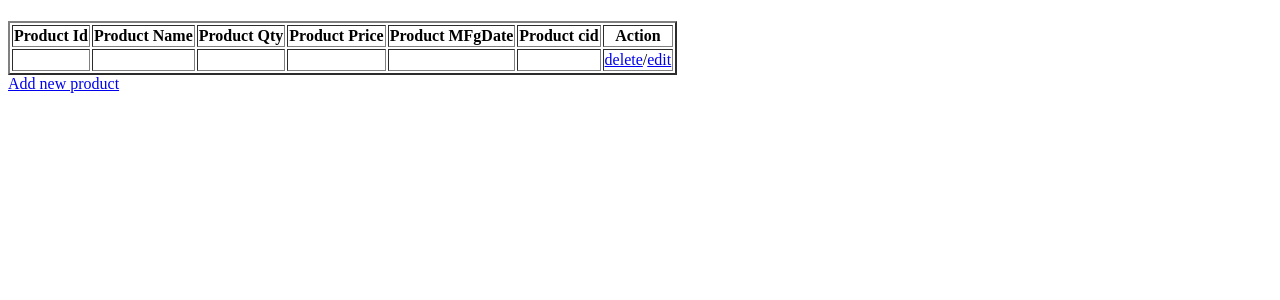
Repository: Priyankavya/Cdac-Assignments
Page: http://localhost/MySpringMVCDemo/WEB-INF/views/showproduct.jsp
These files come from the project's save history. The page is drawn as it stood at one moment and after the next save; the edit follows.
The browser window is 1280 px wide. The pictures show the whole page.
The page is served by Tomcat 9. Nobody is signed in. Other server files are loaded and not shown. The template is opened directly, without the code that normally fills it, so the values that code supplies are empty.

Above is the page before, as saved 2025-12-06 11:40:40.

### Web_Based_ Java/Day15 Spring/MySpringMVCDemo/src/main/webapp/WEB-INF/views/showproduct.jsp
<%@ page language="java" contentType="text/html; charset=ISO-8859-1"
    pageEncoding="ISO-8859-1"%>
<!DOCTYPE html>
<html>
<head>
<meta charset="ISO-8859-1">
<title>Insert title here</title>
</head>
<body>
<h1>${message }</h1>
<table border='2'>
<tr>
<th>Product Id</th>
<th>Product Name</th>
<th>Product Qty</th>
<th>Product Price</th>
<th>Product MFgDate</th>
<th>Product cid</th>
<th>Action</th>
</tr>
 <c:forEach var="prod" items="${plist }">
 <tr>
 <td>${prod.pid }</td>
  <td>${prod.pname }</td>
   <td>${prod.qty }</td>
    <td>${prod.price}</td>
     <td>${prod.mfgdate }</td>
      <td>${prod.cid }</td>
       <td><a href="deleteproduct/${prod.pid }">delete</a>/<a href="editproduct/${prod.pid }">edit</a></td>



 </tr>
</c:forEach>








</table>
<a href="addproduct">Add new product</a>
</body>
</html>

After the next save:
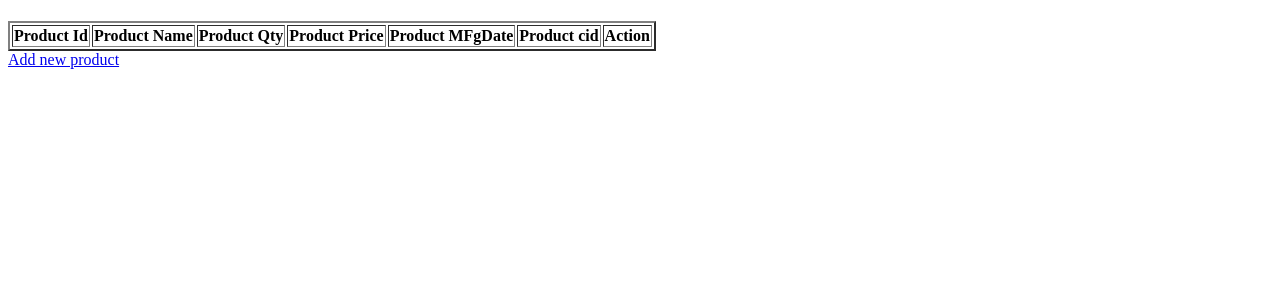
Saved 78 s later.
--- a/Web_Based_ Java/Day15 Spring/MySpringMVCDemo/src/main/webapp/WEB-INF/views/showproduct.jsp
+++ b/Web_Based_ Java/Day15 Spring/MySpringMVCDemo/src/main/webapp/WEB-INF/views/showproduct.jsp
@@ -1,5 +1,6 @@
 <%@ page language="java" contentType="text/html; charset=ISO-8859-1"
     pageEncoding="ISO-8859-1"%>
+    <%@taglib prefix="c" uri="http://java.sun.com/jstl/core_rt" %>
 <!DOCTYPE html>
 <html>
 <head>
